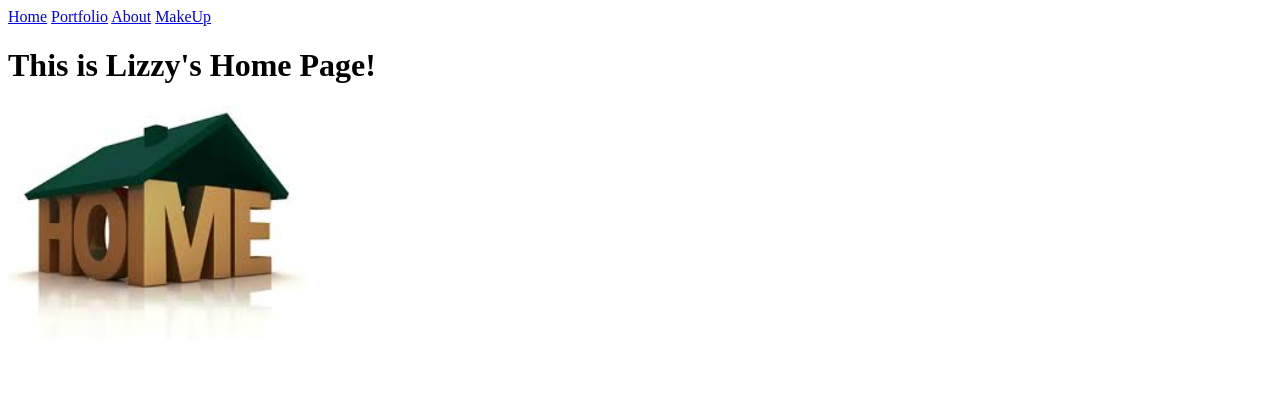
Repository: EMcmurray1862/emcmurray1862.github.io
Page: my_website/index.html
The author's editor kept a record of every edit. The page is drawn from the files as they stood at one moment, then again after the next edit.
The browser window is 1280 px wide. The pictures show the whole page.

Above is the page before.

### my_website/index.html
<!doctype html>
<html lang="en">
  <head>
    <meta charset="utf-8">
    <title>Home</title>
  </head>
  <body>
    <a href="index.html">Home</a>
    <a href="portfolio.html">Portfolio</a>
    <a href="about.html">About</a>
    <a href="makeup.html">MakeUp</a>
    <h1>This is Lizzy's Home Page!</h1>
    <img src="images/home.jpg" height="250">
  </body>
</html>

After the next edit:
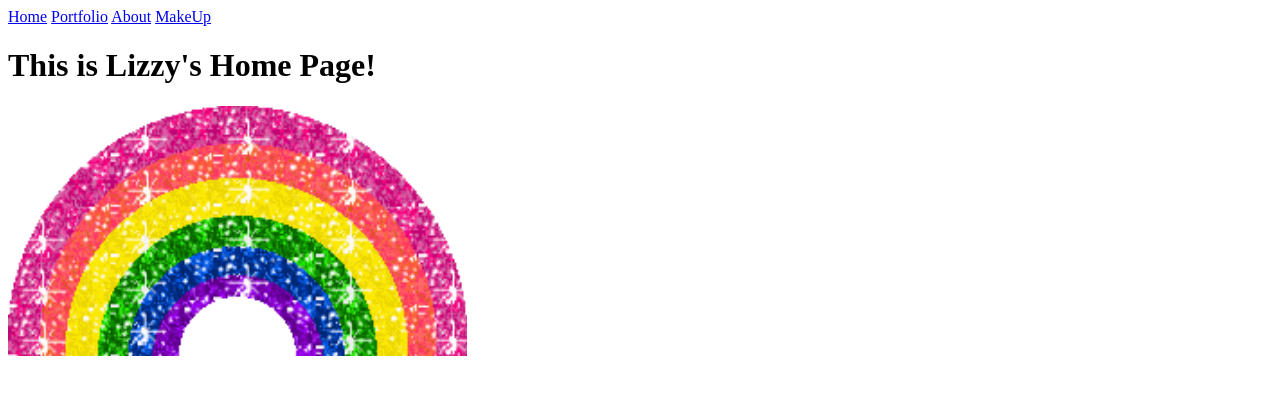
The edit:
--- a/my_website/index.html
+++ b/my_website/index.html
@@ -10,6 +10,6 @@
     <a href="about.html">About</a>
     <a href="makeup.html">MakeUp</a>
     <h1>This is Lizzy's Home Page!</h1>
-    <img src="images/home.jpg" height="250">
+    <img src="images/rainbow.gif" height="250">
   </body>
 </html>
